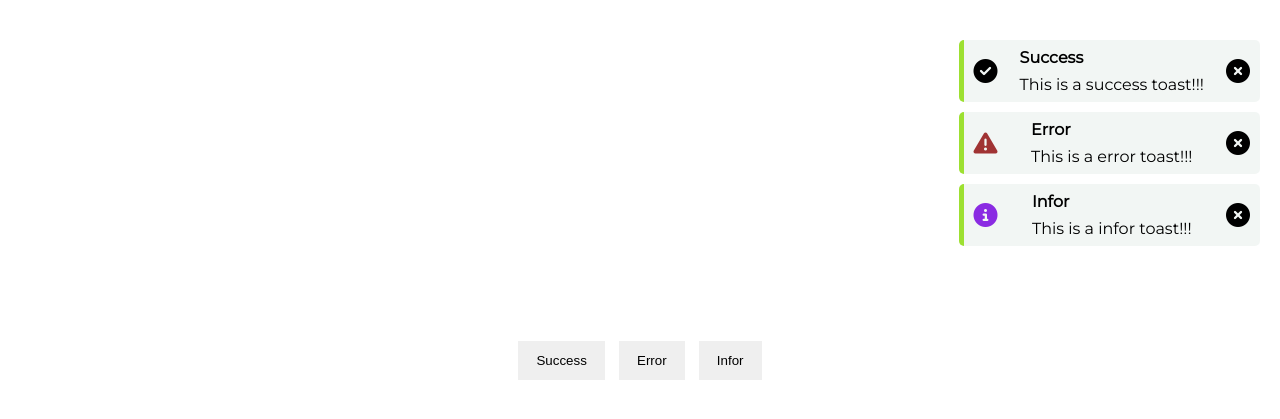
Repository: thuynguyen0964/Toast-Cooler
Page: index.html
These files come from the project's save history. The page is drawn as it stood at one moment and after the next save; the edit follows.
The browser window is 1280 px wide. The pictures show the whole page.

Above is the page before, as saved 2023-01-26 20:36:44.

### index.html
<!DOCTYPE html>
<html lang="en">
  <head>
    <meta charset="UTF-8" />
    <meta http-equiv="X-UA-Compatible" content="IE=edge" />
    <meta name="viewport" content="width=device-width, initial-scale=1.0" />
    <title>Toast Mess Cooler</title>
    <link
      href="https://fonts.googleapis.com/css2?family=Montserrat:wght@300;400&display=swap"
      rel="stylesheet"
    />
    <link
      rel="stylesheet"
      href="https://cdnjs.cloudflare.com/ajax/libs/font-awesome/6.2.1/css/all.min.css"
    />
    <link rel="stylesheet" href="./app/style.css" />
  </head>
  <body>
    <ul class="container">
      <li class="toast success">
        <div class="icon">
          <i class="fa-solid fa-circle-check"></i>
        </div>
        <div class="toast__text">
          <h4 class="toast__title">Success</h4>
          <p class="toast__desc">This is a success toast!!!</p>
        </div>
        <div class="icon__close">
          <i class="fa-solid fa-circle-xmark"></i>
        </div>
      </li>
      <li class="toast error">
        <div class="icon">
            <i class="fa-solid fa-triangle-exclamation"></i>
        </div>
        <div class="toast__text">
          <h4 class="toast__title">Error</h4>
          <p class="toast__desc">This is a error toast!!!</p>
        </div>
        <div class="icon__close">
         <i class="fa-solid fa-circle-xmark"></i>
        </div>
      </li>
      <li class="toast infor">
        <div class="icon">
            <i class="fa-solid fa-circle-info"></i>
        </div>
        <div class="toast__text">
          <h4 class="toast__title">Infor</h4>
          <p class="toast__desc">This is a infor toast!!!</p>
        </div>
        <div class="icon__close">
          <i class="fa-solid fa-circle-xmark"></i>
        </div>
      </li>
    </ul>

    <div class="button__set">
        <button class="btn" id="success">Success</button>
        <button class="btn" id="error">Error</button>
        <button class="btn" id="infor">Infor</button>
    </div>
  </body>
</html>

### app/style.css
*{
    margin: 0;
    padding: 0;
    box-sizing: border-box;
}
body{
    font-family: "Montserrat", sans-serif;
    display: flex;
    align-items: center;
    justify-content: center;
    min-height: 100vh;
}
.container{
    position: fixed;
    top: 30px;
    right: 20px;
}
.toast{
    width: 350x;
    list-style: none;
    border-left: 5px solid #9de031;
    border-radius: 5px;
    display: flex;
    align-items: center;
    justify-content: space-between;
    background-color: #e1ebe671;
    margin: 10px 0;
}
.toast__text{
    padding: 0 12px;
}
.toast__desc,
.toast__title{
    margin: 8px 0;
}
.icon__close,
.icon{
    padding:0 10px;
    font-size: 24px;
}
.icon__close{
    cursor: pointer;
}
.btn
.success .icon{
    color:#86d410 ;
}
.error .icon{
    color: #a03333;
}
.infor .icon{
    color: blueviolet;
}

.btn{
    border: unset;
    outline: none;
    padding: 12px 18px;
    margin: 0 5px;
}

After the next save:
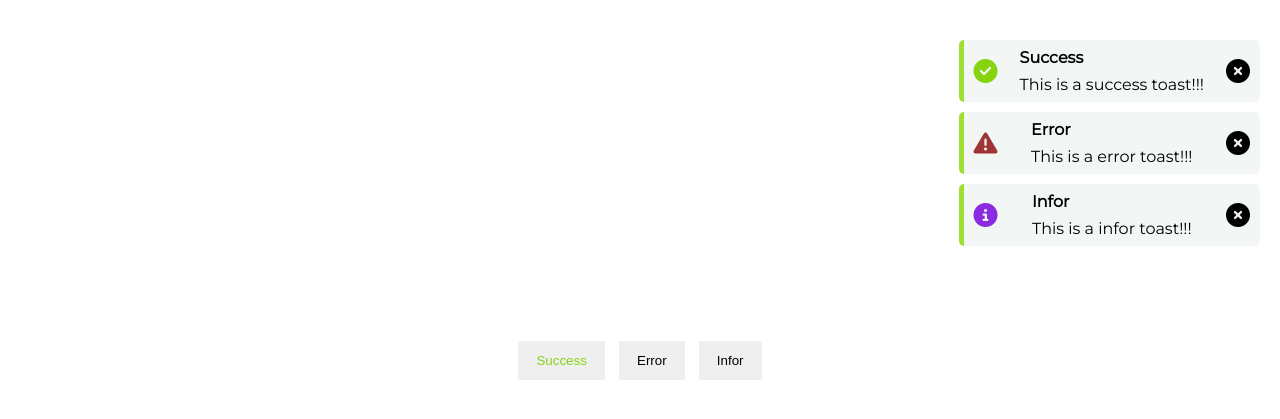
Saved 5 s later.
--- a/app/style.css
+++ b/app/style.css
@@ -41,7 +41,7 @@ body{
 .icon__close{
     cursor: pointer;
 }
-.btn
+.btn#success,
 .success .icon{
     color:#86d410 ;
 }
